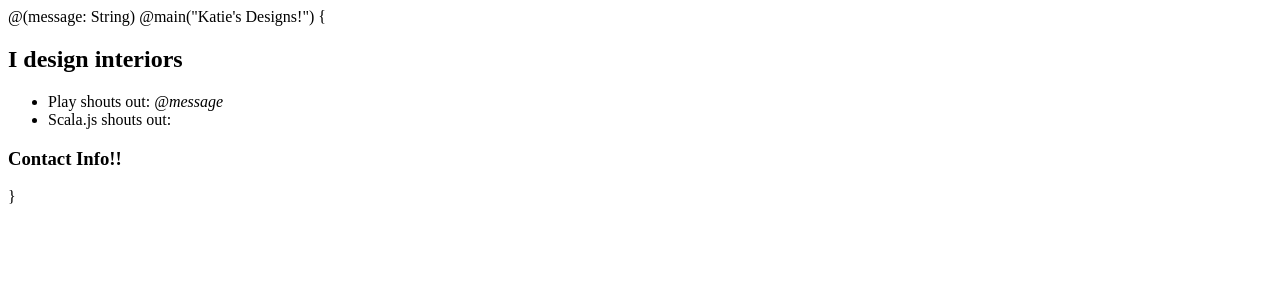
Repository: arthurfeeney/Interior-Design
Page: server/app/views/index.scala.html
The author's editor kept a copy of each file at every save. The page is drawn from the files as they stood at one save, then again after the next save.
The browser window is 1280 px wide. The pictures show the whole page.

Above is the page before, as saved 2019-03-31 18:54:15.

### server/app/views/index.scala.html
@(message: String)

@main("Katie's Designs!") {
<h2>I design interiors</h2>
<ul>
  <li>Play shouts out: <em>@message</em></li>
  <li>Scala.js shouts out: <em id="scalajsShoutOut"></em></li>
</ul>

<h3> Contact Info!! </h3>
}

After the next save:
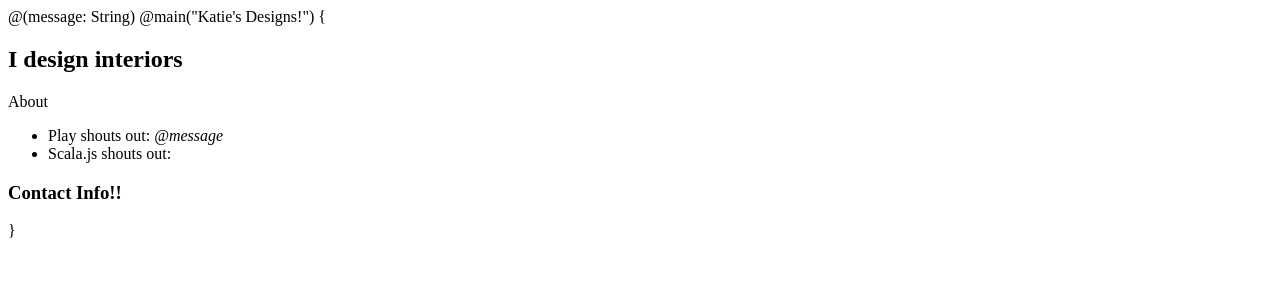
Saved 5 min 27 s later.
--- a/server/app/views/index.scala.html
+++ b/server/app/views/index.scala.html
@@ -2,6 +2,9 @@
 
 @main("Katie's Designs!") {
 <h2>I design interiors</h2>
+
+<p class="navbar-default"> About</p>
+
 <ul>
   <li>Play shouts out: <em>@message</em></li>
   <li>Scala.js shouts out: <em id="scalajsShoutOut"></em></li>
